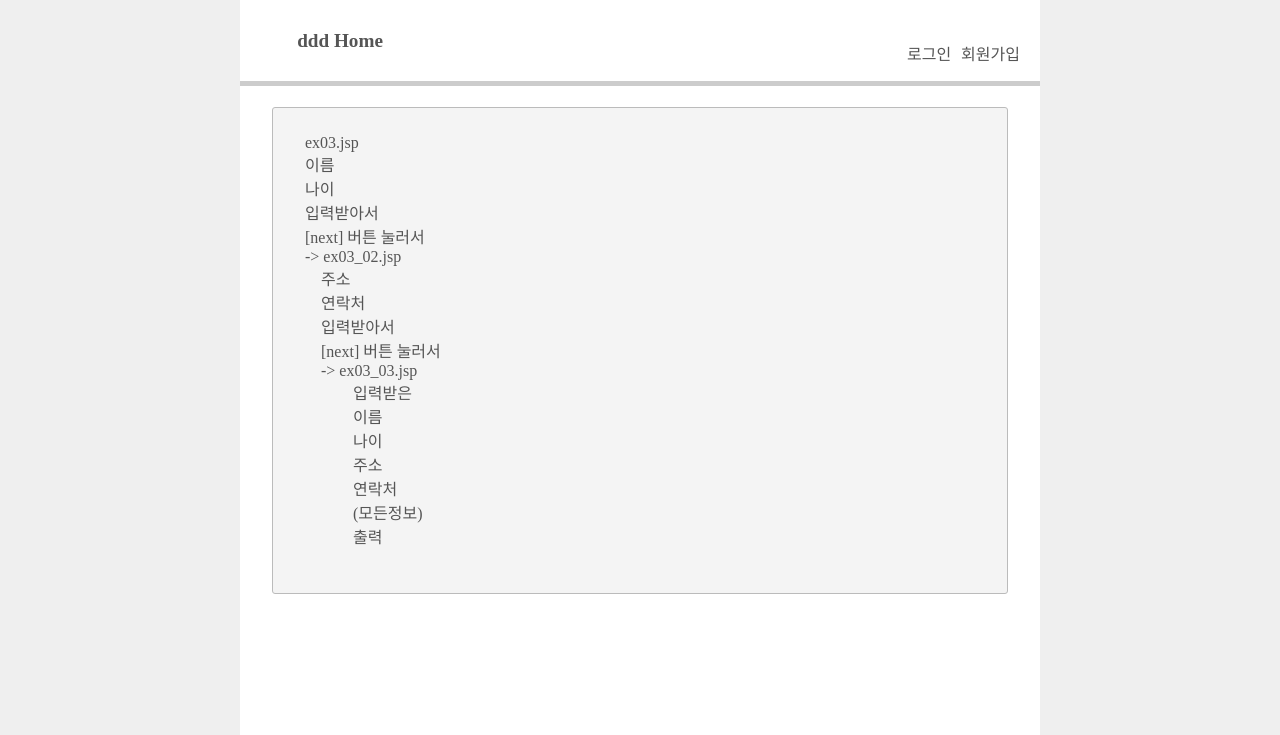
Repository: Deneb0000/JSP
Page: http://localhost/jspPro/days04/ex03_03.jsp
These files come from the project's save history. The page is drawn as it stood at one moment and after the next save; the edit follows.
The browser window is 1280 px wide. The pictures show the whole page.
Some web fonts or font styles are not loaded; a fallback is used. The page is served by Tomcat 9. Other server files are loaded and not shown.

Above is the page before, as saved 2024-10-18 06:06:05.

### jspPro/src/main/webapp/days04/ex03_03.jsp
<%@ page contentType="text/html; charset=UTF-8" pageEncoding="UTF-8"%>
<%@ taglib prefix="c" uri="http://java.sun.com/jsp/jstl/core" %>
<!DOCTYPE html>
<html>
<head>
<meta charset="UTF-8">
<title>Insert title here</title>
<link rel="shortcut icon" type="image/x-icon" href="http://localhost/jspPro/images/SiSt.ico">
<script src="https://ajax.googleapis.com/ajax/libs/jquery/3.7.1/jquery.min.js"></script>
<meta name="viewport" content="width=device-width, initial-scale=1.0">
<meta name="google" content="notranslate">
<link rel="stylesheet" href="http://localhost/jspPro/resources/cdn-main/example.css">
<script src="http://localhost/jspPro/resources/cdn-main/example.js"></script>
<style>
 span.material-symbols-outlined{
    vertical-align: text-bottom;
 }
</style>
</head>
<body>
<header>
  <h1 class="main"><a href="#" style="position: absolute;top:30px;">ddd Home</a></h1>
  <ul>
    <li><a href="#">로그인</a></li>
    <li><a href="#">회원가입</a></li>
  </ul>
</header>
<div>
  <xmp class="code">
    ex03.jsp
    이름
    나이
    입력받아서
    [next] 버튼 눌러서
    -> ex03_02.jsp
    	주소
    	연락처
    	입력받아서
    	[next] 버튼 눌러서
    	-> ex03_03.jsp
    		입력받은
    		이름
    		나이
    		주소
    		연락처
    		(모든정보)
    		출력

  </xmp>
</div>
</body>
</html>

### jspPro/src/main/webapp/resources/cdn-main/example.css
@charset "UTF-8";

@import url('https://fonts.googleapis.com/css2?family=Material+Symbols+Outlined:opsz,wght,FILL,GRAD@20..48,100..700,0..1,-50..200');

@font-face {
    font-family: 'GmarketSansMedium';
    src: url('https://cdn.jsdelivr.net/gh/projectnoonnu/noonfonts_2001@1.1/GmarketSansMedium.woff') format('woff');
    font-weight: normal;
    font-style: normal;
}

:root {
	--text-color: #555;
	--sub-text-color: #777;
	--back-color: #EFEFEF;
	--header-color: #444;
	--primary-color: #DEDEDE;
	--secondary-color: #EFEFEF;
	--default-width: 800px;
	--narrow-width: 500px;
	--wide-width: 1200px;
	--text-font: 'GmarketSansMedium';
	--icon-font: 'Material Symbols Outlined';
	--border-color: #CCC;
}

html, body {
	margin: 0;
	padding: 0;
}

html {
	background-color: var(--back-color);
	display: flex;
	justify-content: center;
	min-height: 100vh;
}

body, body.default {
	width: var(--default-width);
	background-color: white;
	padding-bottom: 120px;
}

body.wide {
	width: var(--wide-width);
}

body.narrow {
	width: var(--narrow-width);
}



body, p, div, span, a, input, select, option, textarea, button, table, th, td, label, fieldset, legend {
	font-family: var(--text-font);
	color: var(--text-color);
}

h1, h2, h3 {
	font-family: var(--text-font);
	color: var(--header-color);
	padding: 0 1rem;
	padding-top: .5rem;
}

div > h1, div > h2, div > h3 {
	padding: 0;
}

body > div, body > main > div {
	padding: 0.3rem 1rem;
}


h1 { font-size: 2rem; border-bottom: 1px solid var(--border-color); }
h1 small { font-size: 1.2rem; color: var(--sub-text-color); }
h2 { font-size: 1.5rem; border-bottom: 1px dashed var(--border-color); }
h2 small { font-size: 1.1rem; color: --sub-text-color; }
h3 { font-size: 1.2rem; }
h3 small { font-size: 1rem; color: --sub-text-color; }



h1.main::before {
	font-family: var(--icon-font);
  	content: '\e666';
  	margin-right: 10px;
  	float: left;
	font-size: 2.5rem;
}

h1.sub::before {
	font-family: var(--icon-font);
  	content: '\ea19';
  	margin-right: 10px;
  	float: left;
	font-size: 2.5rem;
}


h1.page::before {
	font-family: var(--icon-font);
  	content: '\e0e0';
  	margin-right: 10px;
  	float: left;
	font-size: 2.5rem;
}

body > header > ul > li > .active{
	background-color: #FFF;
	color:#F00;
}

body > header {
	display: flex;
	justify-content: space-between;
	border-bottom: 5px solid var(--border-color);
	min-height: 74px;
	background-color: #FFF;
}

body > header.sticky {
	position: sticky;
	top: 0;
	z-index: 98;
}

body > header > h1 {
	font-size: 1.2rem;
	border: 0;
}

body > header.in > h1::before {
	font-family: var(--icon-font);
  	content: '\e332‥';
  	margin-right: 3px;
  	float: left;
	font-size: 2rem;
}


body > header > ul {
	list-style-type: none;
	display: flex;
	align-items: flex-end;
	margin-right: 10px;
}

body > header > ul > li {
	margin-right: 10px;
	cursor: pointer;
}

body > header > ul > li > a {
	cursor: pointer;
}


form {
	display: block;
}

form > div {
	padding: 0.3rem 1rem;
}

div > form > div {
	padding: 0.3rem 0;
}

input, textarea, button, select {
	border: 1px solid #BBB;
	border-radius: 3px;
	outline: none;
	resize: none;
	padding: 7px;
	margin: 0;
}

input[type=text]:read-only, textarea:read-only {
	cursor: not-allowed;
	background-color: #FFF;
}

input[type=text]:disabled, textarea:disabled {
	cursor: not-allowed;
	background-color: #EEE;
}

input[type=text], input[type=password], textarea, button, select {
	/* width: 300px; */
}

textarea {
	display: block;
	height: 100px;
}

input[type=button], input[type=submit], button {
	/* width: inherit; */
}

input.short, textarea.short, button.short, select.short {
	width: 100px;
}

input.long, textarea.long, button.long, select.long {
	width: 350px;
}

.narrow input.long, .narrow textarea.long, .narrow button.long, .narrow select.long {
	width: calc(100% - 20px);
}

input.full, textarea.full, button.full, select.full {
	width: calc(100% - 20px);
}

textarea.short {
	height: 50px;
}

textarea.long {
	height: 100px;
}

textarea.full {
	height: 200px;
}

input, textarea {
	padding-top: 8px;
}

input[type=button], input[type=submit], button {
	padding: 5px 10px;
	background-color: var(--secondary-color);
	cursor: pointer;
	min-height: 36px;
}

input[type=button].primary, input[type=submit].primary, button.primary {
	/* background-color: rgba(100, 149, 237, .2); */
	background-color: var(--primary-color);
}

input[type=button].primary:hover, input[type=submit].primary:hover, button.primary:hover {
	/* background-color: rgba(100, 149, 237, .3); */
	background-color: var(--secondary-color);
}

input[type=button]:hover, input[type=submit]:hover, button:hover {
	background-color: var(--primary-color);
}

button {
	position: relative;
	left: 0;
	top: 0;
	padding-left: 35px;
}

button .material-symbols-outlined {
	position: absolute;
	left: 10px;
	top: 4px;
}

/* k2nik add */
button.login::before {
	font-family: var(--icon-font);
  	content: '\ea77';
	position: absolute;
	left: 11px;
	top: 4px;
	font-size: 1.25rem;
}

/* k2nik logout */
button.logout::before {
	font-family: var(--icon-font);
  	content: '\e9ba';
	position: absolute;
	left: 11px;
	top: 4px;
	font-size: 1.25rem;
}

/* k2nik help */
button.help::before {
	font-family: var(--icon-font);
  	content: '\f1c0';
	position: absolute;
	left: 11px;
	top: 4px;
	font-size: 1.25rem;
}

button.add::before{
	font-family: var(--icon-font);
  	content: '\e746';
	position: absolute;
	left: 11px;
	top: 4px;
	font-size: 1.25rem;
}

button.back::before {
	font-family: var(--icon-font);
  	content: '\e166';
	position: absolute;
	left: 11px;
	top: 4px;
	font-size: 1.25rem;
}

button.list::before {
	font-family: var(--icon-font);
  	content: '\e0ee';
	position: absolute;
	left: 11px;
	top: 4px;
	font-size: 1.25rem;
}


button.del::before {
	font-family: var(--icon-font);
  	content: '\e872';
	position: absolute;
	left: 11px;
	top: 4px;
	font-size: 1.25rem;
}


button.edit::before {
	font-family: var(--icon-font);
  	content: '\e745';
	position: absolute;
	left: 11px;
	top: 4px;
	font-size: 1.25rem;
}


button.login::before {
	font-family: var(--icon-font);
  	content: '\ea77';
	position: absolute;
	left: 11px;
	top: 4px;
	font-size: 1.25rem;
}


button.logout::before {
	font-family: var(--icon-font);
  	content: '\e9ba';
	position: absolute;
	left: 11px;
	top: 4px;
	font-size: 1.25rem;
}


button.in::before {
	font-family: var(--icon-font);
  	content: '\f71a';
	position: absolute;
	left: 11px;
	top: 4px;
	font-size: 1.25rem;
}


button.out::before {
	font-family: var(--icon-font);
  	content: '\f70e';
	position: absolute;
	left: 11px;
	top: 4px;
	font-size: 1.25rem;
}


button.reply::before {
	font-family: var(--icon-font);
  	content: '\e15e';
	position: absolute;
	left: 11px;
	top: 4px;
	font-size: 1.25rem;
}


button.comment::before {
	font-family: var(--icon-font);
  	content: '\e0b9';
	position: absolute;
	left: 11px;
	top: 4px;
	font-size: 1.25rem;
}


button.modal::before {
	font-family: var(--icon-font);
  	content: '\e89e';
	position: absolute;
	left: 11px;
	top: 4px;
	font-size: 1.25rem;
}


button.ok::before {
	font-family: var(--icon-font);
  	content: '\e86c';
	position: absolute;
	left: 11px;
	top: 4px;
	font-size: 1.25rem;
}


button.cancel::before {
	font-family: var(--icon-font);
  	content: '\e5c9';
	position: absolute;
	left: 11px;
	top: 4px;
	font-size: 1.25rem;
}

button.search::before {
	font-family: var(--icon-font);
  	content: '\e8b6';
	position: absolute;
	left: 11px;
	top: 4px;
	font-size: 1.25rem;
}

button.home::before {
	font-family: var(--icon-font);
  	content: '\e88a';
	position: absolute;
	left: 11px;
	top: 4px;
	font-size: 1.25rem;
}


button.sidebar::before {
	font-family: var(--icon-font);
  	content: '\f7e4';
	position: absolute;
	left: 11px;
	top: 4px;
	font-size: 1.25rem;
}


button.sidebar-right::before {
	font-family: var(--icon-font);
  	content: '\f7e5';
	position: absolute;
	left: 11px;
	top: 4px;
	font-size: 1.25rem;
}




button::before {
	font-family: var(--icon-font);
  	content: '\e323';
	position: absolute;
	left: 11px;
	top: 4px;
	font-size: 1.25rem;
}


table {
	border-collapse: collapse;
	margin: 1rem;
	box-sizing: border-box;
	width: calc(100% - 32px);
}

table.content {
	width: auto;
}

div > table {
	margin: 0;
}

table th, table td {
	border: 1px solid var(--border-color);
	padding: 7px;
	font-weight: normal;
}

table th {
	background-color: var(--back-color);
}

table.vertical th {
	width: 150px;
}

table.vertical td {
	width: calc(100% - 182px);
	padding-left: 10px;
}

table.content td, table.content th {
	width: auto;
}

body.narrow table.vertical th {
	width: 100px;
}

body.narrow table.vertical td {
	width: calc(100% - 182px);
}


table + table {
	margin-top: 30px;
}


p {
	padding: 0 1rem;
}

a {
	text-decoration: none;
}

a:hover {
	color: rgba(255, 99, 71, .7);
}

hr {
	border: 0;
	border-top: 1px solid var(--border-color);
	margin: 2rem 0;
}

.message {
	border: 1px solid var(--border-color);
	background-color: #EFEFEF;
	margin: 1rem;
	width: auto;
	padding-top: 10px;
	padding-bottom: 10px;
	font-size: 14px;
}

.message[title]::before {
	content: attr(title);
	display: block;
	border-bottom: 1px solid var(--border-color);
	padding-bottom: 5px;
	margin-bottom: 10px;
	margin-top: 7px;
}

.message.short {
	max-width: 250px;
}

.message.long {
	max-width: 500px;
}

.badge {
	float: right;
	font-size: .8rem;
	margin-top: 2px;
	margin-right: 2px;
	text-shadow: 0 0 7px gray;
}

.badge.left {
	float: none;
	margin-left: 2px;
}

.badge.right {
	float: right;
}

.badge.red {
	border-radius: 50%;
	padding: 2px 5px;
	background-color: rgb(255, 99, 71, .3);
}

.badge.yellow {

	border-radius: 50%;
	padding: 2px 5px;
	background-color: rgb(255, 215, 0, .5);
}

.badge.blue {
	border-radius: 50%;
	padding: 2px 5px;
	background-color: rgb(100, 149, 237, .3);
}

label + label {
	margin-left: 7px;
}

label input[type=checkbox], label input[type=radio] {
	transform: translate(0, 1px);
}

.group {
	display: flex;
}

.modal-content .group {
	margin-bottom: .5rem;
}

.group label {
	border: 1px solid #BBB;
	border-radius: 3px;
	outline: none;
	resize: none;
	padding: 7px 14px;
	margin: 0;
	border-top-right-radius: 0;
	border-bottom-right-radius: 0;
	background-color: #EFEFEF;
	white-space: nowrap;
	font-size: 14px;
}

.group input[type=text] {
	margin-left: -1px;
	border-top-left-radius: 0;
	border-bottom-left-radius: 0;
}

.group select {
	margin-left: -1px;
	border-top-left-radius: 0;
	border-bottom-left-radius: 0;
}

.group input.full[type=text] {
	margin-left: -1px;
	border-top-left-radius: 0;
	border-bottom-left-radius: 0;
	width: 100%;
}

.group input[type=button]:first-child, .group button:first-child {
	border-top-left-radius: 3px;
	border-bottom-left-radius: 3px;
	margin-left: 0px;
}

.group input[type=button], .group button {
	border-radius: 0;
	margin-left: -1px;
}

.group input[type=button]:last-child, .group button:last-child {
	margin-left: -1px;
	border-top-right-radius: 3px;
	border-bottom-right-radius: 3px;
}

.seperate {
	display: flex;
	justify-content: space-between;
}

div.list {
	width: max-content;
	margin: 1rem;
	border: 1px solid #BBB;
	border-radius: 3px;
	padding: 0;
}

div.list.full {
	width: auto;
	display: block;
	margin: 1rem;
	border: 1px solid #BBB;
	border-radius: 3px;
	padding: 0;
}

div.list > div {
	padding: .5rem 1rem;
	margin: 0;
	border-bottom: 1px solid #BBB;
}

div.list > div:last-child {
	border-bottom: 0;
}

pre.code , xmp.code{
	font-family: consols;
	background-color: rgba(150, 150, 150, .1);
	border: 1px solid #BBB;
	border-radius: 3px;
	padding: .5rem 1rem;
	padding-bottom: .6rem;
	margin: 1rem;
}




*[data-modal-window] {
	position: fixed;
	background-color: rgba(0, 0, 0, .3);
	left: 0;
	top: 0;
	display: none;
	justify-content: center;
	align-items: flex-start;
	width: 100%;
	min-height: 100vh;
	z-index: 100;
	opacity: 0;
	transition: 500ms all;
}

*[data-modal-window] .modal-container {
	border-radius: 5px;
	padding: 1rem;
	padding-bottom: .5rem;
	margin-top: -500px;
	opacity: 0;
	width: 500px;
	background-color: #FFF;
	margin-right: 2rem;
	transition: 500ms all;
}

*[data-modal-size=content] .modal-container {
	width: auto;
}

*[data-modal-size=narrow] .modal-container {
	width: 300px;
}

*[data-modal-size=wide] .modal-container {
	width: 760px;
}


*[data-modal-window] .modal-header {
	border-bottom: 1px solid var(--border-color);
	padding: 2px 5px;
}

*[data-modal-window] .modal-content {
	padding: 1rem 5px;
}

*[data-modal-window] .modal-content div:last-child {
	margin-top: 1rem;
	text-align: right;
}



*[data-sidebar-window] {
	position: fixed;
	background-color: #FFF;
	left: 0;
	top: 0;
	display: block;
	width: 300px;
	border-right: 1px solid var(--border-color);
	box-sizing: border-box;
	box-shadow: 0 0 3px var(--back-color);
	min-height: 100vh;
	z-index: 99;
	transform: translate(-300px, 0);
	transition-duration: 500ms;
	transition-property: transform;
}

*[data-sidebar-direction=right] {
	left: auto;
	right: 0;
	transform: translate(300px, 0);
	border-left: 1px solid var(--border-color);
}

*[data-sidebar-size=wide] {
	width: 500px;
	transform: translate(-500px, 0);
}

*[data-sidebar-window] .sidebar-title {
	border-bottom: 1px solid var(--border-color);
	margin-top: 20px;
	margin-bottom: 20px;
	padding-bottom: 5px;
	display: flex;
	justify-content: space-between;
}

*[data-sidebar-window] .sidebar-title span:last-child {
	cursor: pointer;
}


/* K2Nik pagination */
.center {
  text-align: center;
}

.pagination {
  display: inline-block;
}

.pagination a {
  color: black;
  float: left;
  padding: 3px 6px;
  text-decoration: none;
  transition: background-color .3s;
  border: 1px solid #ddd;
  margin: 0 3px;
}

.pagination a.active {
  background-color: #4CAF50;
  color: white;
  border: 1px solid #4CAF50;
}

.pagination a:hover:not(.active) {background-color: #ddd;}

### jspPro/src/main/webapp/resources/cdn-main/example.js

window.onload = () => {

    const list = document.querySelectorAll('input, textarea');

    list.forEach(item => {
        item.setAttribute('autocomplete', 'off');
    });


    const modal_btn_list = document.querySelectorAll('*[data-modal-button]');

    modal_btn_list.forEach(item => {
        item.onclick = function() {

            const name = this.dataset['modalButton'];
            const modal_window = document.querySelector('*[data-modal-window=' + name);

            const container = document.createElement('div');
            container.className = 'modal-container';



            const modal_header = document.createElement('div');
            modal_header.textContent = modal_window.dataset['modalTitle'];
            modal_header.className = 'modal-header';
            container.appendChild(modal_header);

            const modal_content = document.createElement('div');
            modal_content.className = 'modal-content';
            container.appendChild(modal_content);

            Array.from(modal_window.childNodes).forEach(item => {
                modal_content.appendChild(item);
            });

            modal_window.appendChild(container);

            modal_window.style.display = 'flex';

            setTimeout(() => {
                modal_window.style.opacity = 1;
                container.style.marginTop = '20px';
                container.style.opacity = 1;
            }, 50);


            const modal_ok = document.querySelector('*[data-modal-ok=' + name);
            modal_ok.addEventListener('click', function() {
                modal_window.style.opacity = 0;
                container.style.marginTop = '-500px';
                container.style.opacity = 0;

                setTimeout(() => {
                    modal_window.innerHTML = modal_content.innerHTML;
                    modal_window.style.display = 'none';
                }, 500);

            });

            const modal_cancel = document.querySelector('*[data-modal-cancel=' + name);
            modal_cancel.addEventListener('click', function() {

                modal_window.style.opacity = 0;
                container.style.marginTop = '-500px';
                container.style.opacity = 0;

                setTimeout(() => {
                    modal_window.innerHTML = modal_content.innerHTML;
                    modal_window.style.display = 'none';
                }, 500);
            });


        };
    });


    const sidebar_btn_list = document.querySelectorAll('*[data-sidebar-button]');

    sidebar_btn_list.forEach(item => {
        item.onclick = function() {



            const name = this.dataset['sidebarButton'];
            const sidebar_window = document.querySelector('*[data-sidebar-window=' + name);

            if (sidebar_window.style.transform == 'translate(0px, 0px)') return;



            sidebar_window.style.transform = 'translate(0, 0)';

            const sidebar_title = document.createElement('div');
            sidebar_title.className = 'sidebar-title';
            sidebar_title.innerHTML = '<span>' + sidebar_window.dataset['sidebarTitle'] + '</span><span class="material-symbols-outlined">close</span>';

            sidebar_title.children[1].onclick = function() {

                let sign = 1;
                let distance = 300;

                if (sidebar_window.dataset['sidebarDirection'] != 'right') {
                    sign = -1;
                } else {
                    sign = 1;
                }

                if (sidebar_window.dataset['sidebarSize'] != 'wide') {
                    distance = 300;
                } else {
                    distance = 500;
                }

                distance *= sign;

                sidebar_window.style.transform = 'translate(' + distance + 'px, 0)';

                setTimeout(function() {
                    sidebar_window.removeChild(sidebar_window.children[0]);
                }, 500);
            };


            sidebar_window.prepend(sidebar_title);

        }
    });

};

// window.onkeydown = function(event) {

//     if (event.keyCode == 27) {
//         if (document.querySelector('[data-modal-window').style.display == 'flex') {
//             document.querySelector('[data-modal-window').style.display = 'none';
//         }
//     }

// };

After the next save:
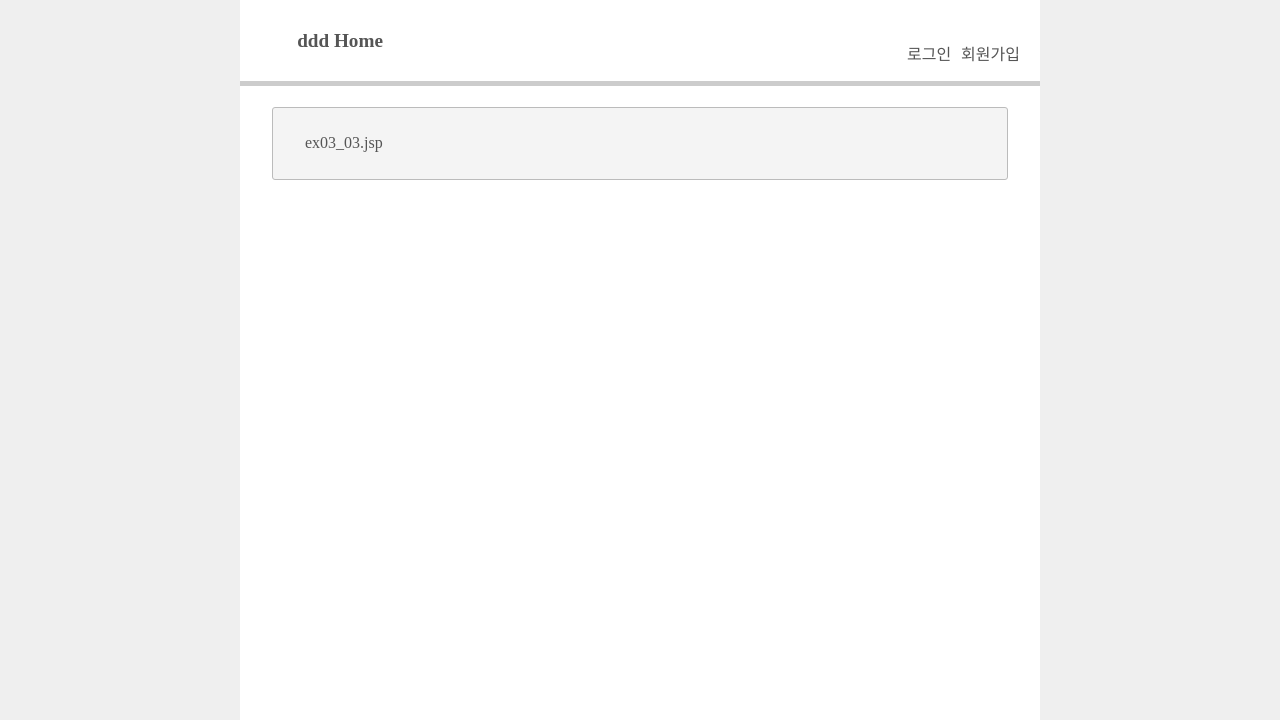
Saved 105 s later.
--- a/jspPro/src/main/webapp/days04/ex03_03.jsp
+++ b/jspPro/src/main/webapp/days04/ex03_03.jsp
@@ -27,25 +27,7 @@
 </header>
 <div>
   <xmp class="code">
-    ex03.jsp
-    이름
-    나이
-    입력받아서
-    [next] 버튼 눌러서
-    -> ex03_02.jsp
-    	주소
-    	연락처
-    	입력받아서
-    	[next] 버튼 눌러서
-    	-> ex03_03.jsp
-    		입력받은
-    		이름
-    		나이
-    		주소
-    		연락처
-    		(모든정보)
-    		출력
-
+    ex03_03.jsp
   </xmp>
 </div>
 </body>
